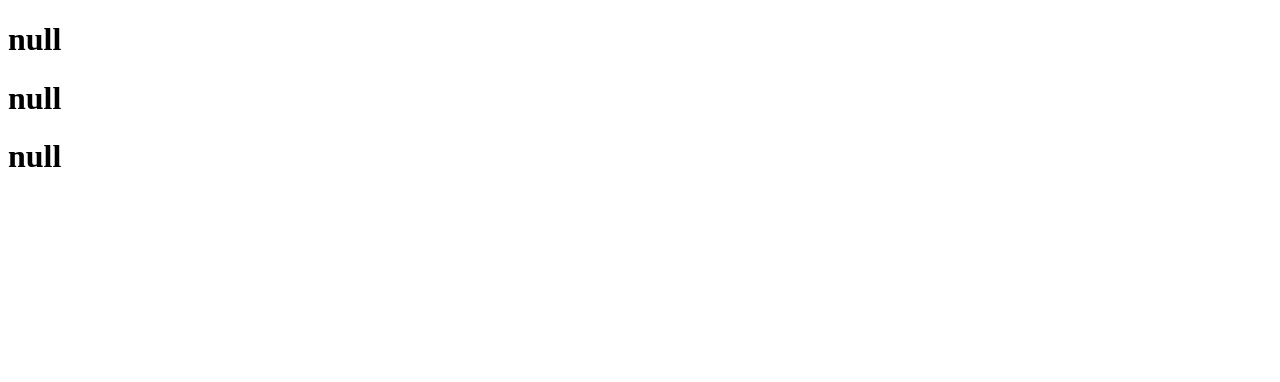
Repository: jinhanP/JSPtest
Page: http://localhost/jsptest/member/memberInsert.jsp
The author's editor kept a copy of each file at every save. The page is drawn from the files as they stood at one save, then again after the next save.
The browser window is 1280 px wide. The pictures show the whole page.
The page is served by Tomcat 10. Other server files are loaded and not shown.

Above is the page before, as saved 2023-12-01 08:28:56.

### jsptest/src/main/webapp/member/memberInsert.jsp
<%@ page language="java" contentType="text/html; charset=UTF-8"
    pageEncoding="UTF-8"%>
    <%
    request.setCharacterEncoding("UTF-8");
    //String message = request.getParameter("message");
%>
<!-- 객체 만드는거 -->
<jsp:useBean id="person" class="member.PersonVO"/>
<jsp:setProperty name="person" property="*"/>

<!DOCTYPE html>
<html>
<head>
<meta charset="UTF-8">
<title>Insert title here</title>
</head>
<body>
	<h1><jsp:getProperty name="person" property="id"/></h1>
	<h1><jsp:getProperty name="person" property="name"/></h1>
	<h1><jsp:getProperty name="person" property="email"/></h1>
</body>
</html>

### jsptest/src/main/java/member/PersonVO.java
package member;
//자바 Bean
public class PersonVO {
	private String id;
	private String name;
	private String email;

	public PersonVO() {
		this(null,null,null);
	}


	public PersonVO(String id, String name, String email) {
		super();
		this.id = id;
		this.name = name;
		this.email = email;
	}


	public String getId() {
		return id;
	}


	public void setId(String id) {
		this.id = id;
	}


	public String getName() {
		return name;
	}


	public void setName(String name) {
		this.name = name;
	}


	public String getEmail() {
		return email;
	}


	public void setEmail(String email) {
		this.email = email;
	}

}

After the next save:
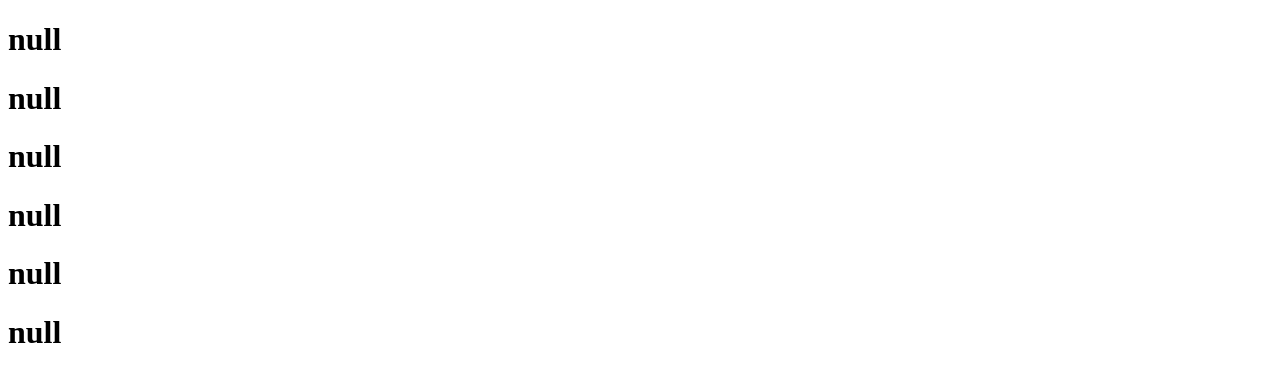
Saved 5 min 21 s later.
--- a/jsptest/src/main/webapp/member/memberInsert.jsp
+++ b/jsptest/src/main/webapp/member/memberInsert.jsp
@@ -1,8 +1,15 @@
+<%@page import="member.PersonVO"%>
 <%@ page language="java" contentType="text/html; charset=UTF-8"
     pageEncoding="UTF-8"%>
     <%
     request.setCharacterEncoding("UTF-8");
-    //String message = request.getParameter("message");
+    PersonVO p = new PersonVO();
+    String id =	request.getParameter("id");
+    String name =	request.getParameter("name");
+    String email =	request.getParameter("email");
+    p.setEmail(email);
+    p.setId(id);
+    p.setName(name);
 %>
 <!-- 객체 만드는거 -->
 <jsp:useBean id="person" class="member.PersonVO"/>
@@ -18,5 +25,8 @@
 	<h1><jsp:getProperty name="person" property="id"/></h1>
 	<h1><jsp:getProperty name="person" property="name"/></h1>
 	<h1><jsp:getProperty name="person" property="email"/></h1>
+	<h1><%= p.getEmail() %></h1>
+	<h1><%= p.getName() %></h1>
+	<h1><%= p.getId() %></h1>
 </body>
 </html>
